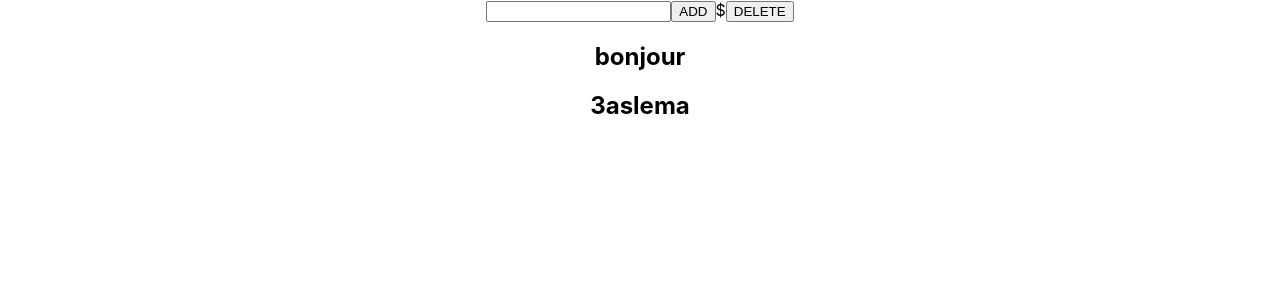
Repository: swayahskandar/State_ws
Page: / (app in corrections/WS-State-F3-Mars-master/)
The author's editor kept a copy of each file at every save. The page is drawn from the files as they stood at one save, then again after the next save.
The browser window is 1280 px wide. The pictures show the whole page.
The project was rebuilt for these pictures with package versions that can differ from the ones it lists, and the page was loaded fresh each time.

Above is the page before, as saved 2021-05-26 11:21:23.

### corrections/WS-State-F3-Mars-master/src/App.js
import React, { Component } from "react";
import "./App.css";
import Counter from "./components/Counter";

export default class App extends Component {

   state = {
    count: 0,
    myInput: "",
     arr: ["bonjour", "3aslema"],

   };

  add = (y) => {
    this.setState({ arr: [...this.state.arr, y] });
  };

  deletes = () => {
    this.setState({ arr: [""] });
  };

  handelChange = (x) => {
    this.setState({ myInput: x });
  };

  render() {
    return (
      <div className="App">

        <Counter add={this.add} />
        {this.state.arr.map((el) => (
          <h2>{el}</h2>
        ))}
      </div>
    );
  }

  render1() {
    return (
      <div className="App1">

        <Counter deletes={this.deletes} />
        {this.state.arr.map((el) => (
          <h2>{el.delete}</h2>
        ))}
      </div>
    );
  }

}

### corrections/WS-State-F3-Mars-master/src/components/Counter.js
import React, { Component } from "react";

export default class Counter extends Component {
  state = {
    text: "",
  };

  render() {
    return (
      <div>
        <input
          type="text"
          onChange={(e) => this.setState({ text: e.target.value })}
        />
        <button onClick={() => this.props.add(this.state.text)}>ADD</button>$
        <button onClick={() => this.props.deletes(this.state.text)}>DELETE</button>
      </div>
    );
  }

}

Loaded but not shown: corrections/WS-State-F3-Mars-master/public/index.html (common file); corrections/WS-State-F3-Mars-master/src/index.js (common file); corrections/WS-State-F3-Mars-master/src/index.css (common file); corrections/WS-State-F3-Mars-master/src/reportWebVitals.js (common file); corrections/WS-State-F3-Mars-master/src/App.css (common file)

After the next save:
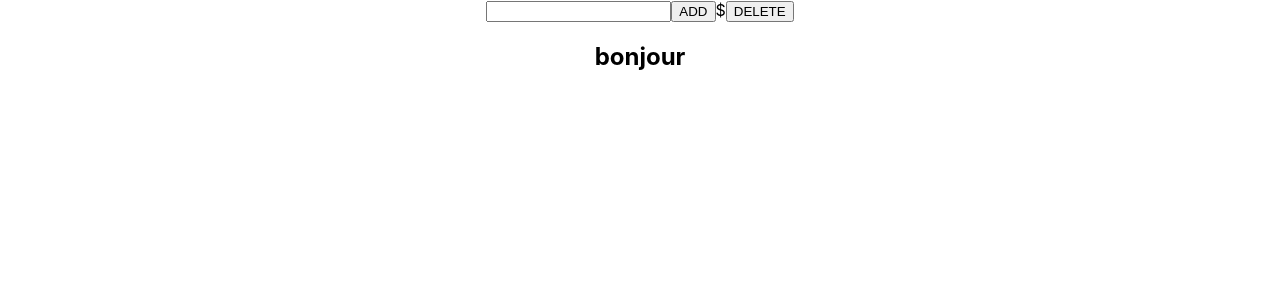
Saved 90 s later.
--- a/corrections/WS-State-F3-Mars-master/src/App.js
+++ b/corrections/WS-State-F3-Mars-master/src/App.js
@@ -7,7 +7,7 @@ export default class App extends Component {
    state = {
     count: 0,
     myInput: "",
-     arr: ["bonjour", "3aslema"],
+     arr: ["bonjour"],
 
    };
 
